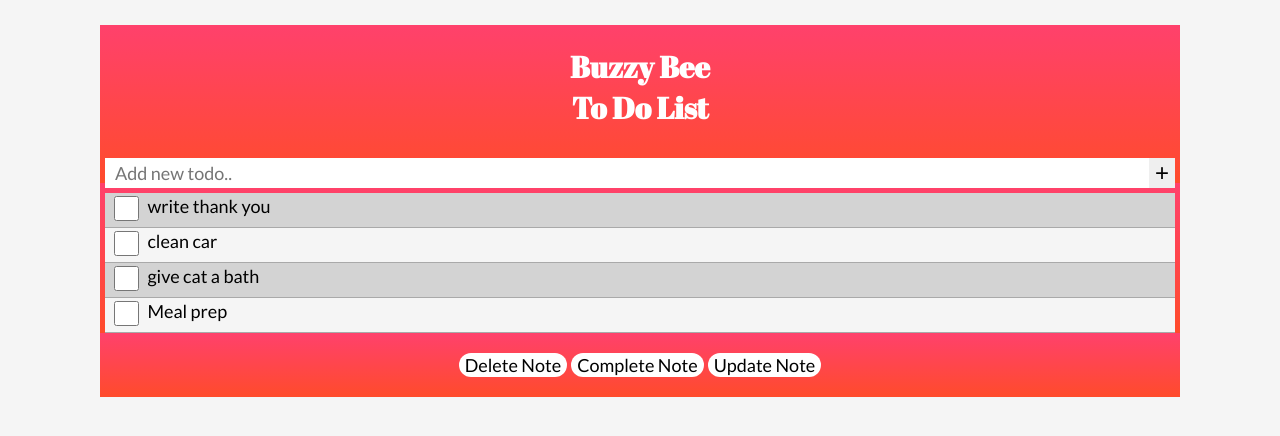
Repository: seleniadelgado/backend-spring2020-angie
Page: projects/todo/public_html/index.html
These files come from the project's save history. The page is drawn as it stood at one moment and after the next save; the edit follows.
The browser window is 1280 px wide. The pictures show the whole page.
The page's requests for data from a server got no answer.

Above is the page before, as saved 2020-05-15 21:50:46.

### projects/todo/public_html/index.html
<!DOCTYPE html>

<html lang="en">
    <head>
        <meta charset="utf-8">
        <title>Buzzy Bee - To Do List</title>
        <meta name="description" content="The HTML5 Herald">
        <meta name="author" content="SitePoint">
        <link rel="stylesheet" href="styles.css">
        <link href="https://fonts.googleapis.com/css2?family=Abril+Fatface&family=Lato&display=swap" rel="stylesheet">
        <script
            src="https://code.jquery.com/jquery-3.5.0.min.js"
            integrity="sha256-xNzN2a4ltkB44Mc/Jz3pT4iU1cmeR0FkXs4pru/JxaQ="
            crossorigin="anonymous">
        </script>
</head>
<body>
    <main>
    <div class="sectionTitle">
        <div class="appTitle">
            <h2>Buzzy Bee <br> To Do List</h2>
        </div>
        <div id="addNote">
            <input type="text" id="newNote" placeholder="Add new todo..">
            <button id="addBtn" type="button">+</button>
        </div>
    </div>
    <div class="todoList">
        <ul id="myList">
            <li><label class="container"><input type="checkbox"><span class="checkmark">write thank you</span></label></li>
            <li><label class="container"><input type="checkbox"><span class="checkmark">clean car</span></label></li>
            <li><label class="container"><input type="checkbox"><span class="checkmark">give cat a bath</span></label></li>
            <li><label class="container"><input type="checkbox"><span class="checkmark">Meal prep</span></label></li>
        </ul>
    </div>
    <div class="buttonsArea">
        <button id="delBtn" type="button">Delete Note</button>
        <button id="comBtn" type="button">Complete Note</button>
        <button id="updBtn" type="button">Update Note</button>
    </div>

</main>
    <script>
        $(document).ready(() => {
            let objectToSend = {
                note: "Do somethings",
                author: "Nick"
            }

//add a new note by pushing the add button.
            $("#addBtn").click(() => {
                console.log("click done");
                let value = $('input').val();
                console.log(value);
                $.post("http://localhost:3000/newNote", newNote, (dataToGet) => {
                    $("#myList").append(`<li><label class="container"><input type="checkbox"><span class="checkmark">${value}</span></label></li>`
                    );
                });
                let newNote = {
                    note: value,
                    author: "Angie"
                }

            });
//Read the notes
            $.post("http://localhost:3000/readNotes", {}, (dataToGet) => {
                let allNotesArray = dataToGet.notes;
                    $("#myList").append(`<li><label class="container"><input type="checkbox"><span class="checkmark">${value}</span></label></li>`
                    );
                console.log(allNotesArray);
            });
//delete a note by pushing the add button.
            $('#delBtn').click(() => {
                console.log("Delete clicked");
                });

//mark as completed and strikethrough.
            $('#comBtn').click(() => {
                console.log("Completed clicked");
                });

//update a note.
            $('#updBtn').click(() => {
                console.log("Updated clicked");
                });
            });

        //import the data from default user
        // make JSON into JS with parse.
        //with the list we want to populate our ul.
        //use jquery to access the dom, grab the string
        //loop over notes
        //add the note as an li to the ul
        //  Create li with jquery.
        //  target the ul with jquery and append the li.
        //note: $('<li></li>'')
        //      $('ul') -> a jquery list which holds the ul.
        //      get 1st element from the array

    </script>
</body>
</html>

### projects/todo/public_html/styles.css
:root {
    --main-color: linear-gradient(#FF416C, #FF4B2B);
    --background-color: whitesmoke;
    --title-font: 'Abril Fatface', cursive, sans-serif;
    --list-font: 'Lato', sans-serif;
    --font-size-title: 20px;
    --font-size-list-item: 18px;
}

html {
    background: var(--background-color);
    height: 100%;
}
* {
    box-sizing: border-box;
}
body {
    margin: 0px 100px 75px 100px;
    background-color: var(--main-color);
}

.sectionTitle {
    background: var(--main-color);
    text-align: center;
    border: none;
    margin-top: 0%;
    font-family: var(--title-font);
    font-size: var(--font-size-title);
}

.appTitle h2 {
    color: white;
    padding-top: 2%;
}
#addNote {
    display: flex;
    align-items: start;
    padding: 5px;
    height: 30px;
    width: 100%;
    font-family: 'Gill Sans', 'Gill Sans MT', Calibri, 'Trebuchet MS', sans-serif;

}
#addBtn {
    margin-left: 0%;
    font-size: 24px;
    color: none;
    border: none;
}
#addBtn:hover {
    cursor: pointer;
    background-color: pink;
}
#newNote {
    border: none;
    width: 100%;
    height: 150%;
    font-family: var(--list-font);
    font-size: var(--font-size-list-item);
    padding-left: 10px;
}
.todoList {
    display: flex;
    align-content: center;
    justify-content: center;
    background: linear-gradient(#FF416C, #FF4B2B);
    padding-top: 10px;
}
#myList li:nth-child(odd) {
    background: lightgray;
  }

#myList {
    list-style: none;
    padding: 0px;
    margin-top: 0px;
    margin-bottom: 0px;
    background-color: var(--main-color);
    width: 99%;
}

#myList li {
    cursor: pointer;
    height: 35px;
    border-bottom: 1px solid darkgray;
    background-color: whitesmoke;
    padding-left: 5px;
    font-family: var(--list-font);
    font-size: var(--font-size-list-item);
    margin: auto;

}
.container input {
    cursor: pointer;
    user-select: none;
    opacity: 50;
    height: 25px;
    width: 25px;
    position: relative;
}
.container:hover input ~ .checkmark {
    background-color: pink;
  }
/* When the checkbox is checked, add a strike */
.container input:checked ~ .checkmark {
    background-color: rosybrown;
}

.checkmark {
    padding-left: 5px;
    position: absolute;
    padding-top: 2px;

}

.buttonsArea {
    background: var(--main-color);
    text-align: center;
    padding: 20px;
}
.buttonsArea button {
    background-color: white;
    border: none;
    font-family: var(--list-font);
    font-size: var(--font-size-list-item);
    border-radius: 130px;
}
.buttonsArea button:hover {
    background-color: pink;
    border-radius: 130px;
    cursor: pointer;
}

After the next save:
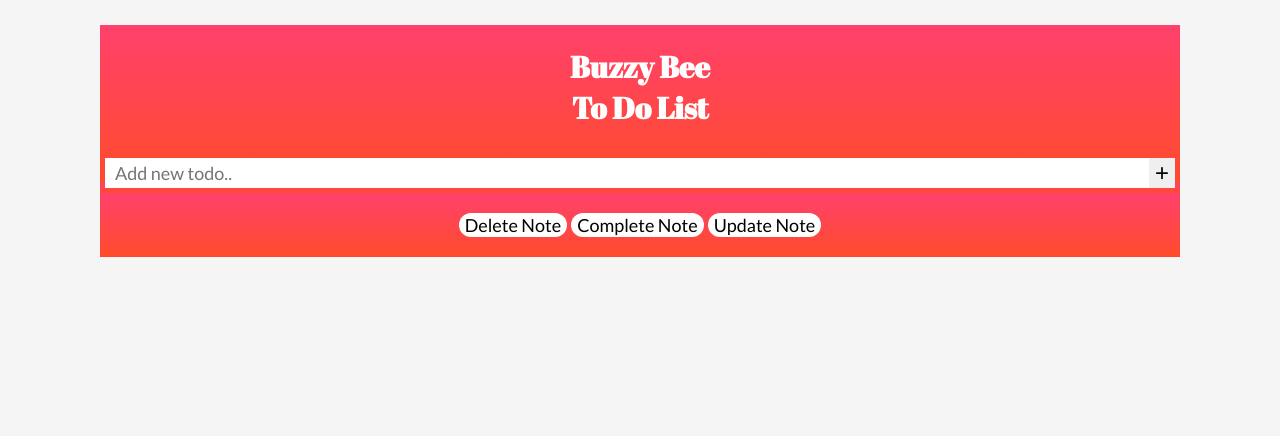
Saved 42 h 58 min later.
--- a/projects/todo/public_html/index.html
+++ b/projects/todo/public_html/index.html
@@ -26,12 +26,7 @@
         </div>
     </div>
     <div class="todoList">
-        <ul id="myList">
-            <li><label class="container"><input type="checkbox"><span class="checkmark">write thank you</span></label></li>
-            <li><label class="container"><input type="checkbox"><span class="checkmark">clean car</span></label></li>
-            <li><label class="container"><input type="checkbox"><span class="checkmark">give cat a bath</span></label></li>
-            <li><label class="container"><input type="checkbox"><span class="checkmark">Meal prep</span></label></li>
-        </ul>
+        <ul id="myList"></ul>
     </div>
     <div class="buttonsArea">
         <button id="delBtn" type="button">Delete Note</button>
@@ -49,29 +44,36 @@
 
 //add a new note by pushing the add button.
             $("#addBtn").click(() => {
-                console.log("click done");
                 let value = $('input').val();
-                console.log(value);
+                let newNote = {
+                    note: value,
+                    author: "Angie"
+                }
                 $.post("http://localhost:3000/newNote", newNote, (dataToGet) => {
                     $("#myList").append(`<li><label class="container"><input type="checkbox"><span class="checkmark">${value}</span></label></li>`
                     );
                 });
-                let newNote = {
-                    note: value,
-                    author: "Angie"
-                }
+            });
 
-            });
+//,{"note":"hello","author":"Angie","completed_status":false,"create_date":1589603676366}
 //Read the notes
-            $.post("http://localhost:3000/readNotes", {}, (dataToGet) => {
-                let allNotesArray = dataToGet.notes;
-                    $("#myList").append(`<li><label class="container"><input type="checkbox"><span class="checkmark">${value}</span></label></li>`
+        $.post("http://localhost:3000/readNotes", {}, (dataToGet) => {
+            let allNotesArray = dataToGet.notes;
+            for (let i = 0; i < allNotesArray.length; i++) {
+                console.log(allNotesArray[i].note);
+                let note = allNotesArray[i].note;
+                let author = allNotesArray[i].author;
+                let date = allNotesArray[i].create_date;
+                $("#myList").append(`<li><label class="container"><input type="checkbox"><span class="checkmark" data-date='${date}' data-author='${author}'>${note}</span></label></li>`
                     );
-                console.log(allNotesArray);
-            });
+            }
+        });
 //delete a note by pushing the add button.
             $('#delBtn').click(() => {
-                console.log("Delete clicked");
+                let checkedNotes = $('input:checked');
+                if (checkedNotes.length > 0 && confirm("Are you sure you want to delete the note(s)?")) {
+                    $.post("http://localhost:3000/deleteNote", )
+                }
                 });
 
 //mark as completed and strikethrough.
